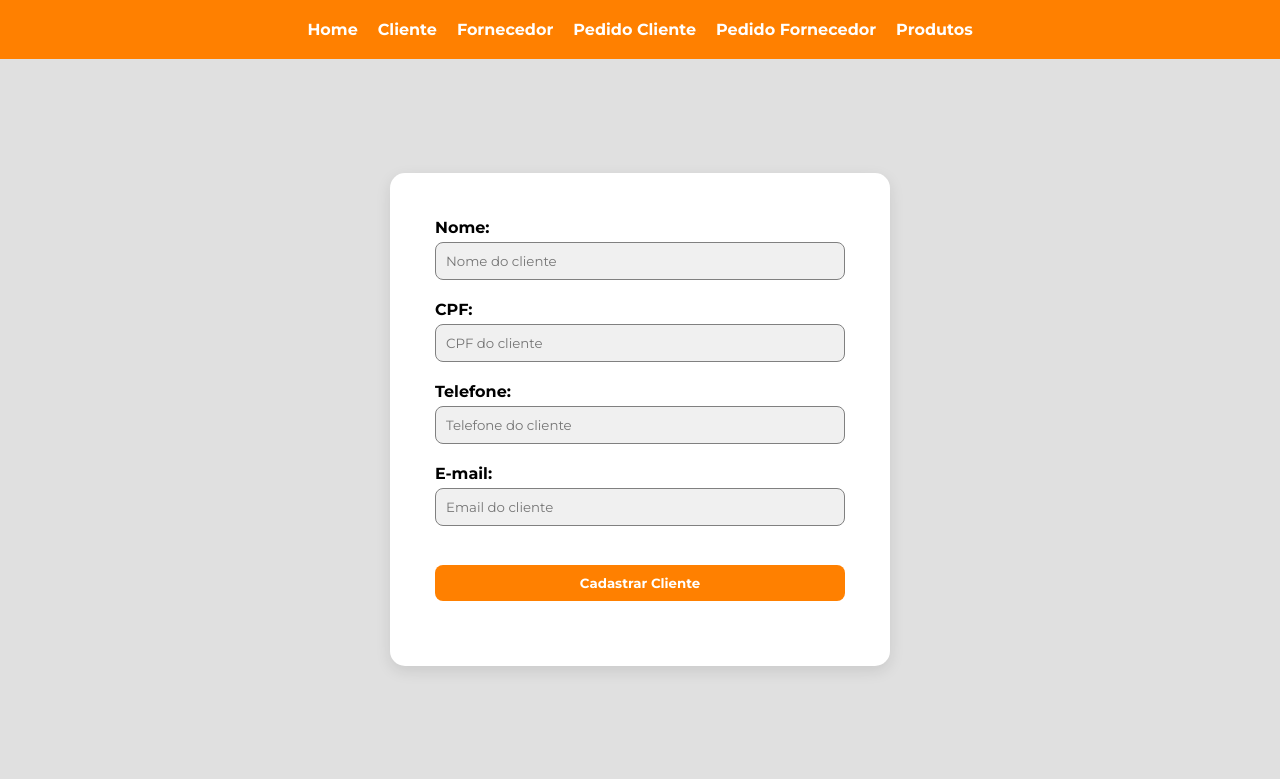
Repository: walterdmp/JavaWeb_BartoBotinas
Page: http://localhost/BartoBotinas/cadastrarCliente.jsp
These files come from the project's save history. The page is drawn as it stood at one moment and after the next save; the edit follows.
The browser window is 1280 px wide. The pictures show the whole page.
The page is served by Tomcat 9.

Above is the page before, as saved 2024-07-30 19:44:24.

After the next save:
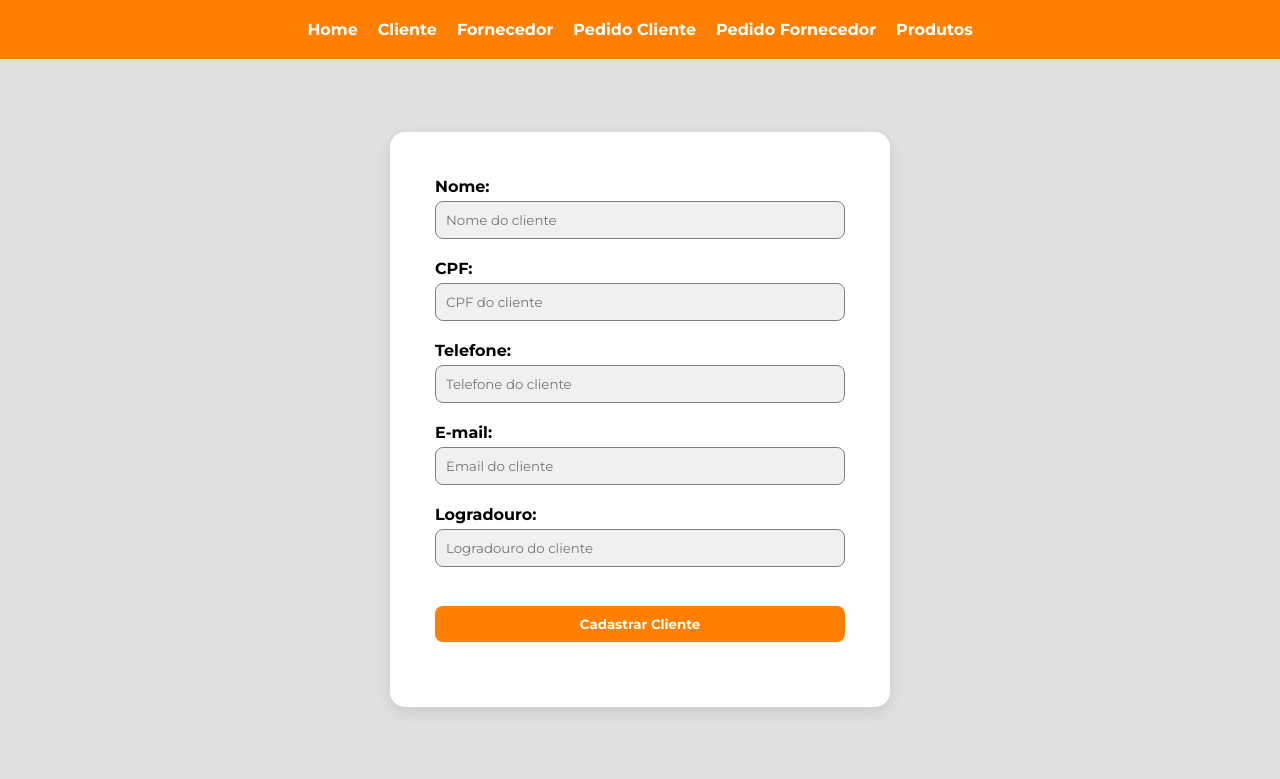
Saved 62 s later.
--- a/BartoBotinas/WebContent/cadastrarCliente.jsp
+++ b/BartoBotinas/WebContent/cadastrarCliente.jsp
@@ -37,6 +37,11 @@
 				<input type="email" id="email" name="email" placeholder="Email do cliente" required>
 			</div>
 
+			<div>
+				<label for="logradouro"><strong>Logradouro:</strong></label>
+				<input type="text" id="logradouro" name="logradouro" placeholder="Logradouro do cliente" required>
+			</div>
+
 			<br>
 			<div>
 				<input id="bartoButton" type="submit" name="salvar" value="Cadastrar Cliente">
